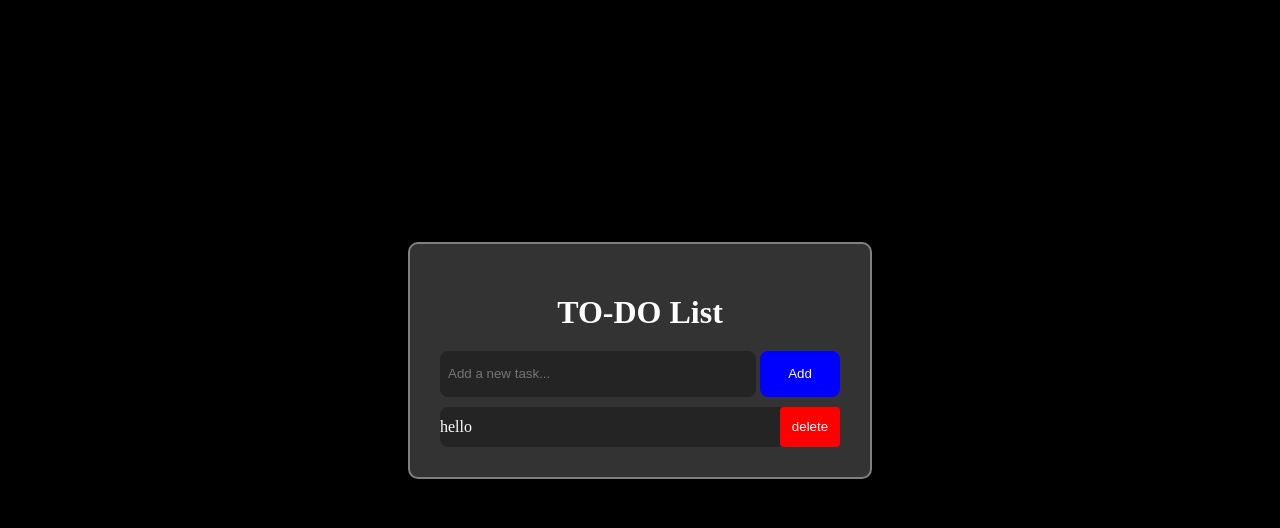
Repository: ksusmitha879-cyber/todo-list
Page: index.html
The author's editor kept a copy of each file at every save. The page is drawn from the files as they stood at one save, then again after the next save.
The browser window is 1280 px wide. The pictures show the whole page.

Above is the page before, as saved 2025-11-28 02:41:08.

After the next save:
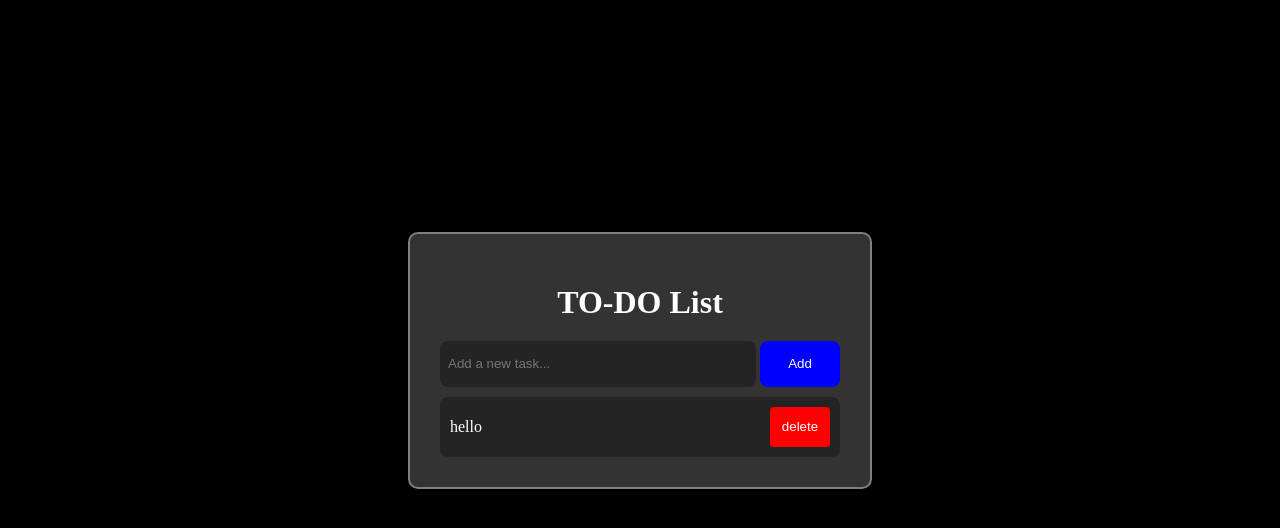
Saved 5 s later.
--- a/style.css
+++ b/style.css
@@ -62,7 +62,7 @@ li{
     justify-content: space-between;
     height: 40px;
     border-radius: 8px;
-    pad
+    padding: 10px;
 }
 span{
     background-color: #252424;
